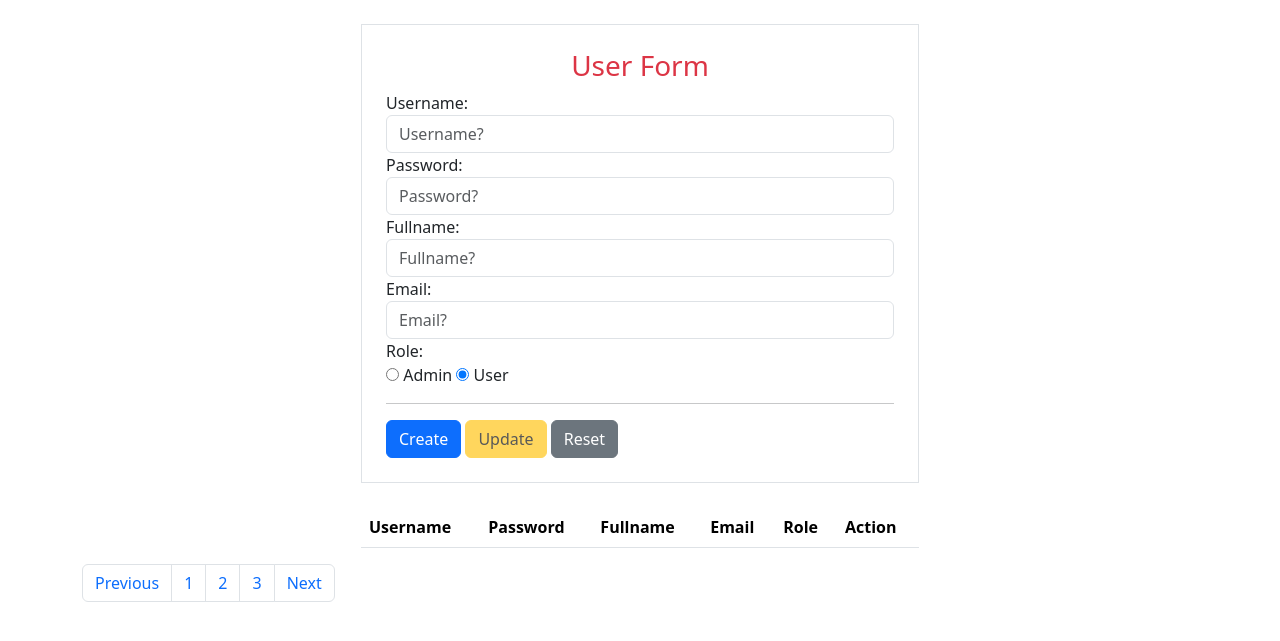
Repository: DanielNine9/java_servlet
Page: http://localhost/lab5/
An editor plug-in stored every save of this project. The page is shown before and after the next save, followed by the edit.
The browser window is 1280 px wide. The pictures show the whole page.
The page is served by Tomcat 9. The template is opened directly, without the code that normally fills it, so the values that code supplies are empty.

Above is the page before, as saved 2024-07-22 09:31:47.

After the next save:
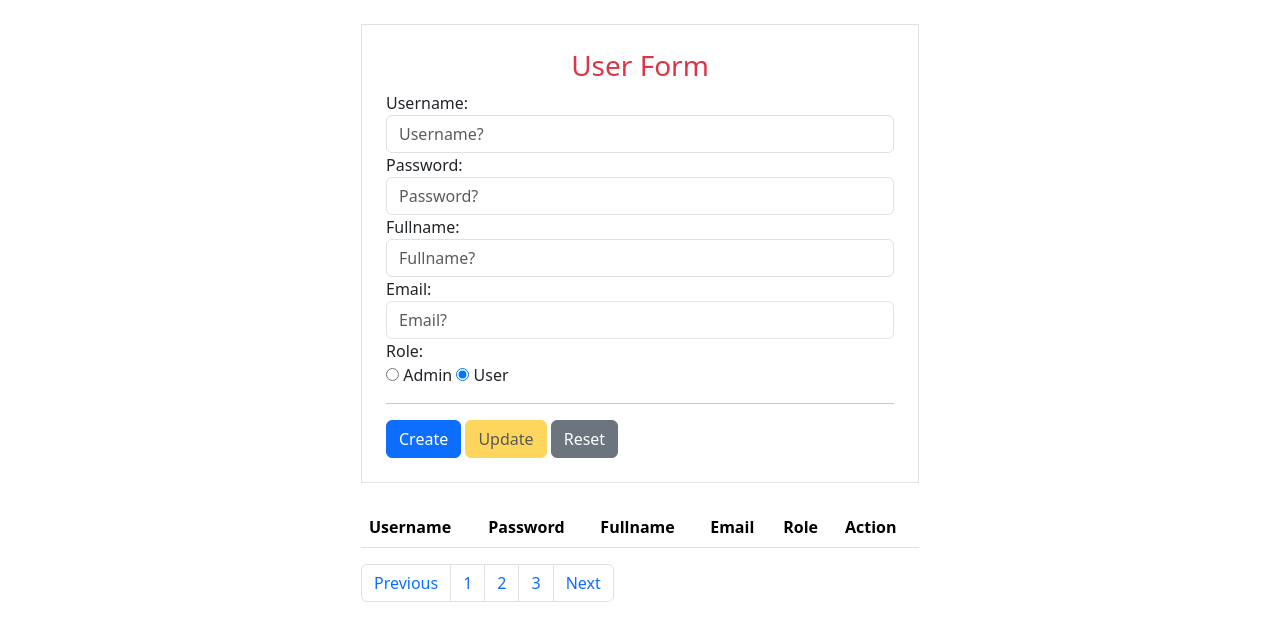
Saved 8 s later.
--- a/lab5/src/main/webapp/index.jsp
+++ b/lab5/src/main/webapp/index.jsp
@@ -109,8 +109,8 @@
 			</tbody>
 		</table>
 
-		<nav aria-label="Page navigation example w-50 mx-auto">
-			<ul class="pagination">
+		<nav aria-label="Page navigation example ">
+			<ul class="pagination w-50 mx-auto">
 				<li class="page-item"><a class="page-link" href="#">Previous</a></li>
 				<li class="page-item"><a class="page-link" href="#">1</a></li>
 				<li class="page-item"><a class="page-link" href="#">2</a></li>
